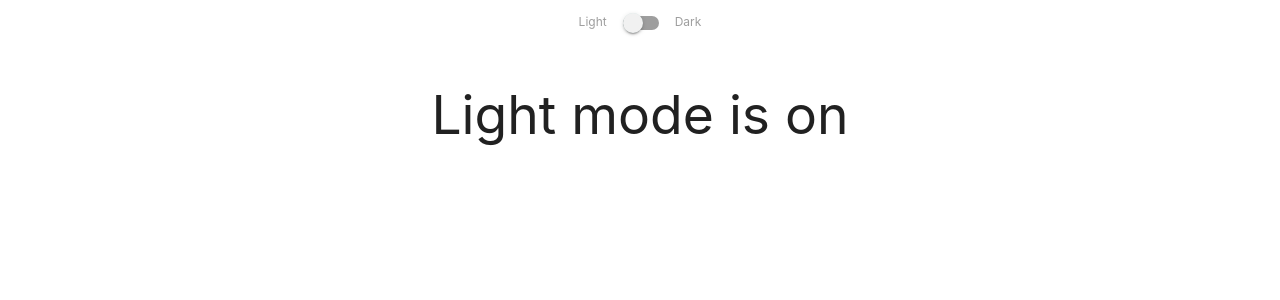
Repository: imrvj/Dark-Light-Mode
Page: /
An editor plug-in stored every save of this project. The page is shown before and after the next save, followed by the edit.
The browser window is 1280 px wide. The pictures show the whole page.
The project was rebuilt for these pictures with package versions that can differ from the ones it lists, and the page was loaded fresh each time.

Above is the page before, as saved 2020-02-20 13:09:49.

### public/index.html
<!DOCTYPE html>
<html lang="en">
  <head>
    <meta charset="utf-8" />
    <link rel="icon" href="%PUBLIC_URL%/favicon.ico" />
    <meta name="viewport" content="width=device-width, initial-scale=1" />
    <meta name="theme-color" content="#000000" />
    <meta
      name="description"
      content="Web site created using create-react-app"
    />
    <link rel="apple-touch-icon" href="%PUBLIC_URL%/logo192.png" />
    <!--
      manifest.json provides metadata used when your web app is installed on a
      user's mobile device or desktop. See https://developers.google.com/web/fundamentals/web-app-manifest/
    -->
    <link rel="manifest" href="%PUBLIC_URL%/manifest.json" />
    <!--
      Notice the use of %PUBLIC_URL% in the tags above.
      It will be replaced with the URL of the `public` folder during the build.
      Only files inside the `public` folder can be referenced from the HTML.

      Unlike "/favicon.ico" or "favicon.ico", "%PUBLIC_URL%/favicon.ico" will
      work correctly both with client-side routing and a non-root public URL.
      Learn how to configure a non-root public URL by running `npm run build`.
    -->

    <!-- Compiled and minified CSS -->
    <link rel="stylesheet" href="https://cdnjs.cloudflare.com/ajax/libs/materialize/1.0.0/css/materialize.min.css">

    <title>React App</title>
  </head>
  <body>
    <noscript>You need to enable JavaScript to run this app.</noscript>
    <div id="root"></div>
    <!--
      This HTML file is a template.
      If you open it directly in the browser, you will see an empty page.

      You can add webfonts, meta tags, or analytics to this file.
      The build step will place the bundled scripts into the <body> tag.

      To begin the development, run `npm start` or `yarn start`.
      To create a production bundle, use `npm run build` or `yarn build`.
    -->
     <!-- Compiled and minified JavaScript -->
     <script src="https://cdnjs.cloudflare.com/ajax/libs/materialize/1.0.0/js/materialize.min.js"></script>

  </body>
</html>

### src/App.js
import React, { useState } from 'react';

import './App.css';

function App() {
  const [dark, setDark] = useState(false)

  return (

    <div className={dark?"dark-mode app" :"app"}>
              <div className="nav">
              <div className="switch">
          <label>
            Light
            <input type="checkbox" onChange={(e)=>setDark(!dark) }/>
            <span className="lever"></span>
            Dark
          </label>
        </div>
        </div>

        <div className="content">
<h2>{dark?"dark mode is on" : "Light mode is on"}</h2>
        </div>
      </div>
  );
}

export default App;

### src/App.css
.nav
{
  display: flex;
 justify-content: center;
 height: 50px;
 padding-top: 10px;

 color: white;

}

.content
{
  text-align: center;
  height: 500px;
}

.dark-mode{
  background-color: rgb(58, 54, 54);
  color: whitesmoke;
}

Loaded but not shown: src/index.js (common file); src/index.css (common file); src/serviceWorker.js (common file)

After the next save:
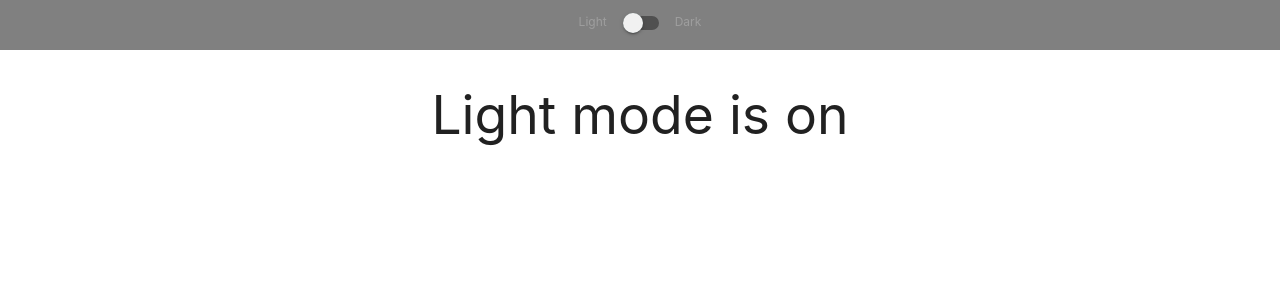
Saved 59 s later.
--- a/src/App.css
+++ b/src/App.css
@@ -4,7 +4,7 @@
  justify-content: center;
  height: 50px;
  padding-top: 10px;
-
+background-color: gray;
  color: white;
 
 }
